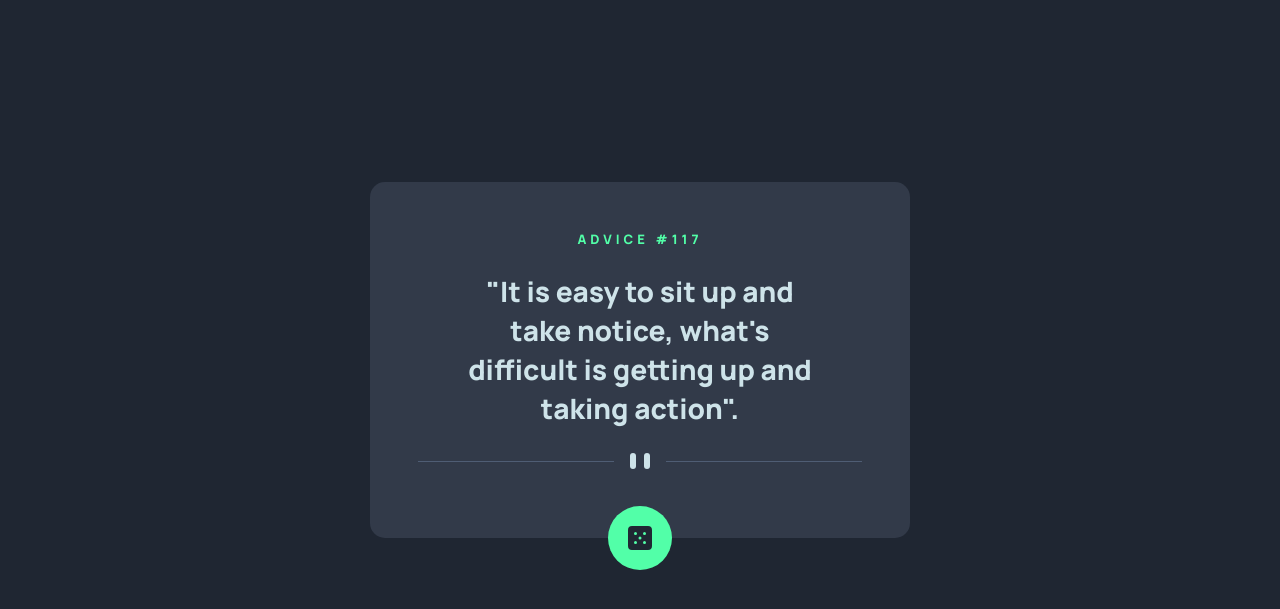
Repository: Daki-builds/advice-generator-app
Page: index.html
The author's editor kept a copy of each file at every save. The page is drawn from the files as they stood at one save, then again after the next save.
The browser window is 1280 px wide. The pictures show the whole page.

Above is the page before, as saved 2026-10-08 20:01:40.

### index.html
<!DOCTYPE html>
<html lang="en">

<head>
  <meta charset="UTF-8">
  <meta name="viewport" content="width=device-width, initial-scale=1.0">
  <link rel="icon" type="image/png" sizes="32x32" href="./images/favicon-32x32.png">
  <link rel="preconnect" href="https://fonts.googleapis.com">
  <link rel="preconnect" href="https://fonts.gstatic.com" crossorigin>
  <link href="https://fonts.googleapis.com/css2?family=Manrope:wght@800&display=swap" rel="stylesheet">
  <link rel="stylesheet" href="style.css">
  <title>Frontend Mentor | Advice generator app</title>

</head>

<body>
  <main class="container">
    <h1>Advice #<span id="advice-id">117</span></h1>
    <p id="adviceText">"It is easy to sit up and take notice, what's difficult is getting up and taking action".</p>
    <div class="img-divider">
      <img src="./images/pattern-divider-desktop.svg" alt="divider">
    </div>
    <button id="adviceBtn"><img src="./images/icon-dice.svg" alt="dice">
    </button>
  </main>
</body>

</html>

### style.css
* {
  margin: 0;
  padding: 0;
  box-sizing: border-box;
}

:root {
  --blue-200: hsl(193, 38%, 86%);
  --green-300: hsl(150, 100%, 66%);
  --blue-600: hsl(217, 19%, 38%);
  --blue-900: hsl(217, 19%, 24%);
  --blue-950: hsl(218, 23%, 16%);
  --green-300-hover: hsl(150, 100%, 80%);

  --font-family: "Manrope", sans-serif;
  --font-weight: 800;
  --font-size: 28px;
}

body {
  font-family: var(--font-family);
  font-weight: var(--font-weight);
  background-color: var(--blue-950);
  color: var(--blue-200);
  display: flex;
  justify-content: center;
  padding: 24px;
  align-items: center;
  min-height: 100vh;
}

.container {
  position: relative;
  background-color: var(--blue-900);
  display: flex;
  flex-direction: column;
  align-items: center;
  gap: 24px;
  padding: 40px 24px 56px;
  width: 100%;
  max-width: 540px;
  border-radius: 15px;
  text-align: center;
}

h1 {
  font-size: 13px;
  letter-spacing: 4px;
  text-transform: uppercase;
  color: var(--green-300);
}

p {
  font-size: var(--font-size);
  line-height: 1.4;
  width: 80%;
  color: var(--blue-200);
}

.img-divider img {
  width: 100%;
}

button {
  position: absolute;
  bottom: -32px;
  left: 50%;
  transform: translateX(-50%);
  display: flex;
  justify-content: center;
  align-items: center;
  width: 64px;
  height: 64px;
  border: none;
  border-radius: 50%;
  background-color: var(--green-300);
  cursor: pointer;
  transition: background-color 0.2s;
}

button:hover {
  background-color: var(--green-300-hover);
}

@media (min-width: 768px) {
  .container {
    padding: 48px 48px 64px;
  }
}

@media (max-width: 767px) {
  p {
    font-size: 24px;
  }
}

After the next save:
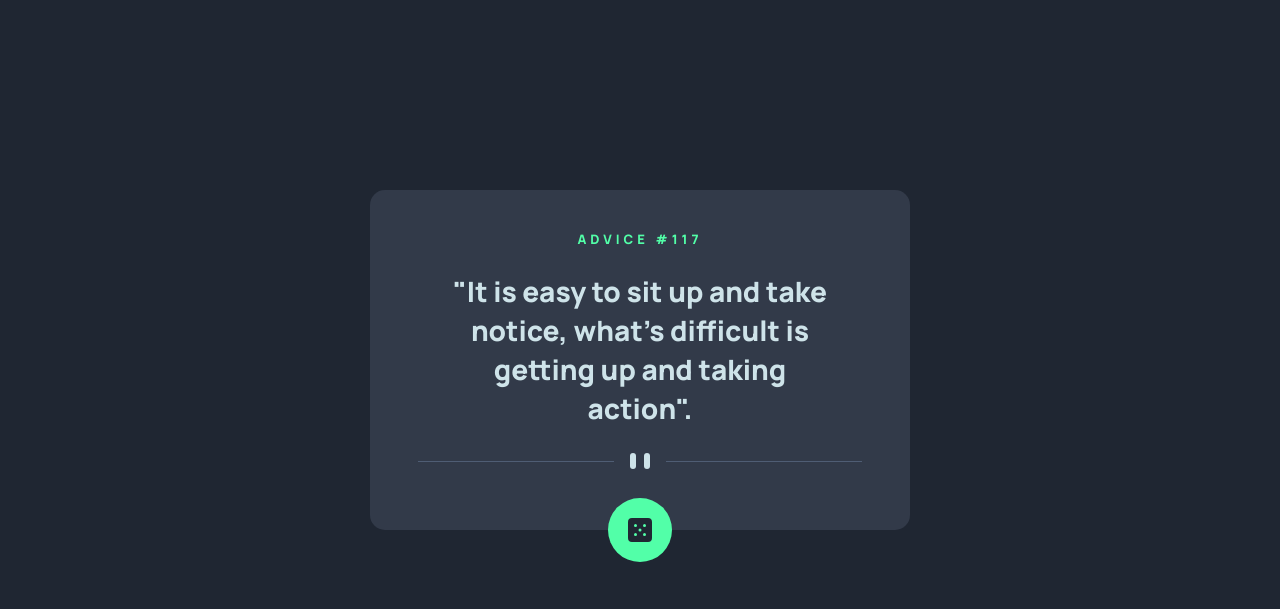
Saved 47 s later.
--- a/style.css
+++ b/style.css
@@ -81,15 +81,3 @@ button {
 button:hover {
   background-color: var(--green-300-hover);
 }
-
-@media (min-width: 768px) {
-  .container {
-    padding: 48px 48px 64px;
-  }
-}
-
-@media (max-width: 767px) {
-  p {
-    font-size: 24px;
-  }
-}

After the save that followed:
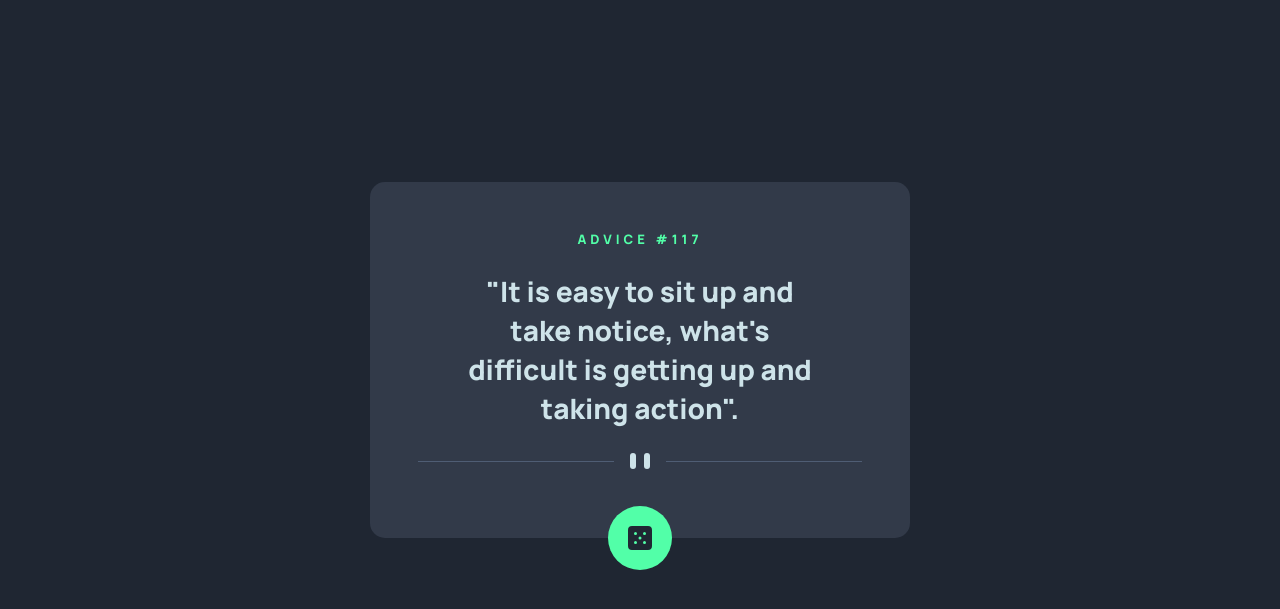
Saved 2 min 15 s later.
--- a/style.css
+++ b/style.css
@@ -81,3 +81,9 @@ button {
 button:hover {
   background-color: var(--green-300-hover);
 }
+
+@media (min-width: 768px) {
+  .container {
+    padding: 48px 48px 64px;
+  }
+}
